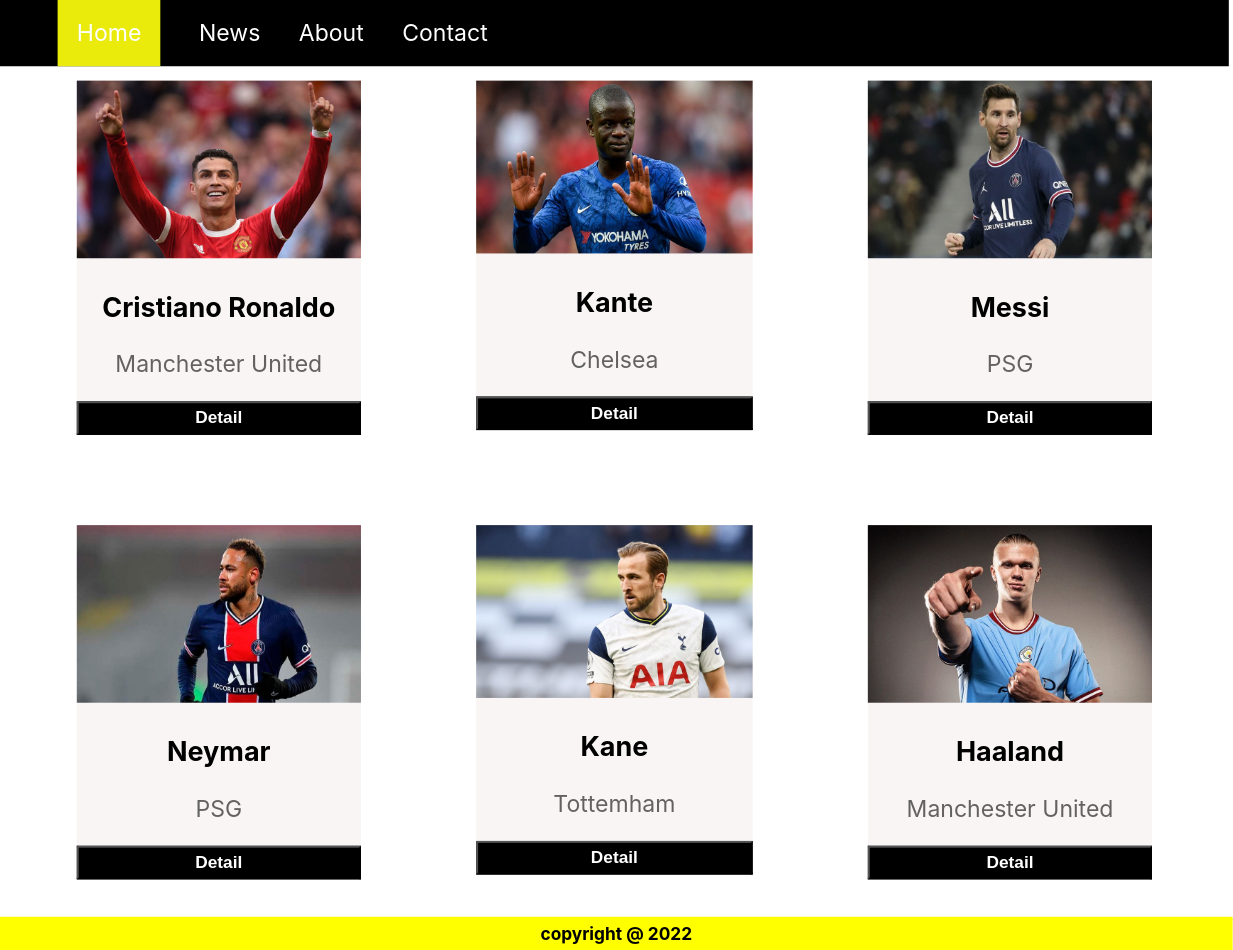
Repository: hoangdanh2/FER
Page: /
These files come from the project's save history. The page is drawn as it stood at one moment and after the next save; the edit follows.
The browser window is 1280 px wide. The page is 1284 px wide, so the pictures cover 1284 px, including what lies to the right of the window. The pictures show the whole page, at 96% of full size.
The project was rebuilt for these pictures with package versions that can differ from the ones it lists, and the page was loaded fresh each time.

Above is the page before, as saved 2023-06-05 14:18:14.

After the next save:
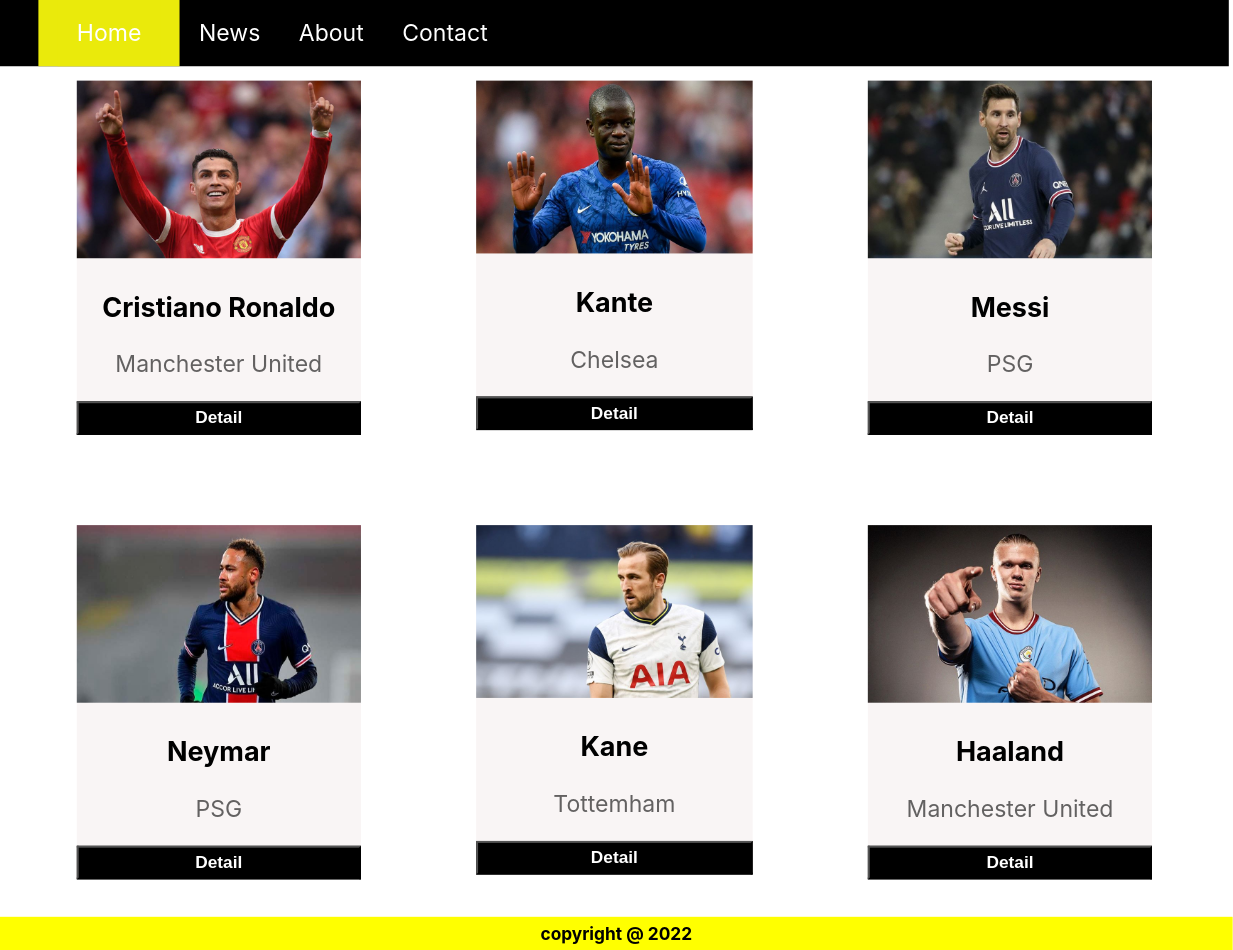
Saved 19 s later.
--- a/src/App.css
+++ b/src/App.css
@@ -21,7 +21,10 @@
   width: 144px;
   background-color: rgb(234, 234, 11);
 }
+.active-hover {
+  background-color: rgb(234, 234, 11);
 
+}
 .nav-bar li{
   padding: 20px;
   list-style: none;
